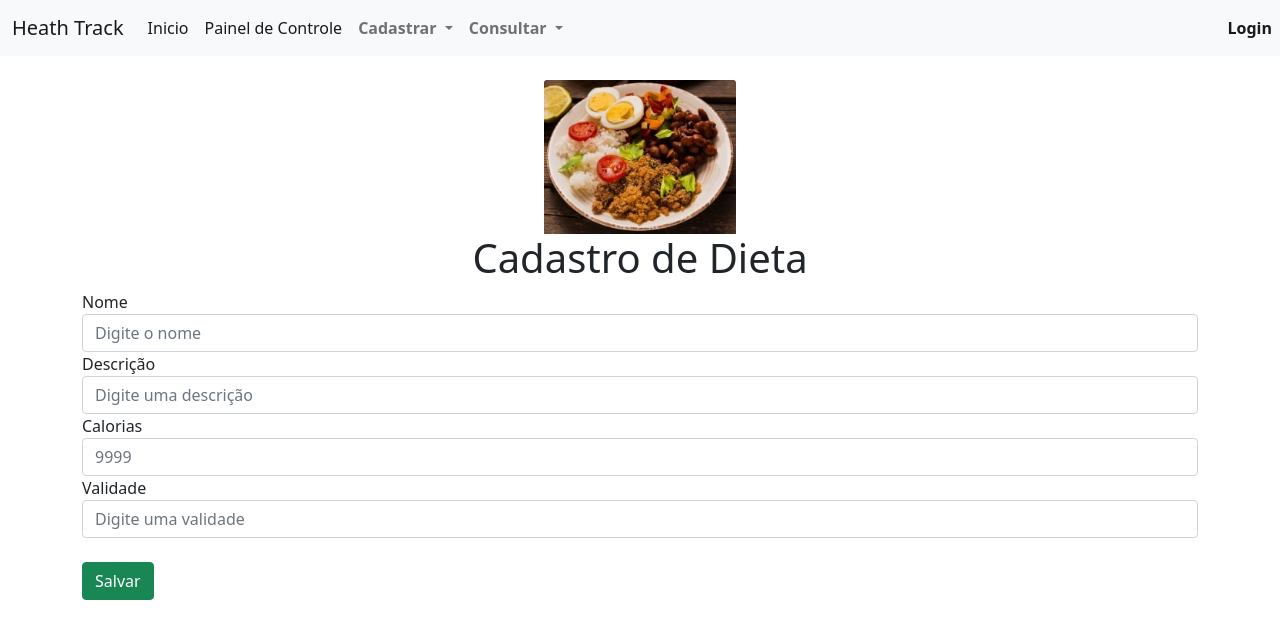
Repository: FellipySantos/HealthTrack_Finalizado
Page: http://localhost/JSPs/cadastro-dieta.jsp
These files come from the project's save history. The page is drawn as it stood at one moment and after the next save; the edit follows.
The browser window is 1280 px wide. The pictures show the whole page.
The page is served by Tomcat 9.

Above is the page before, as saved 2021-11-22 23:49:26.

After the next save:
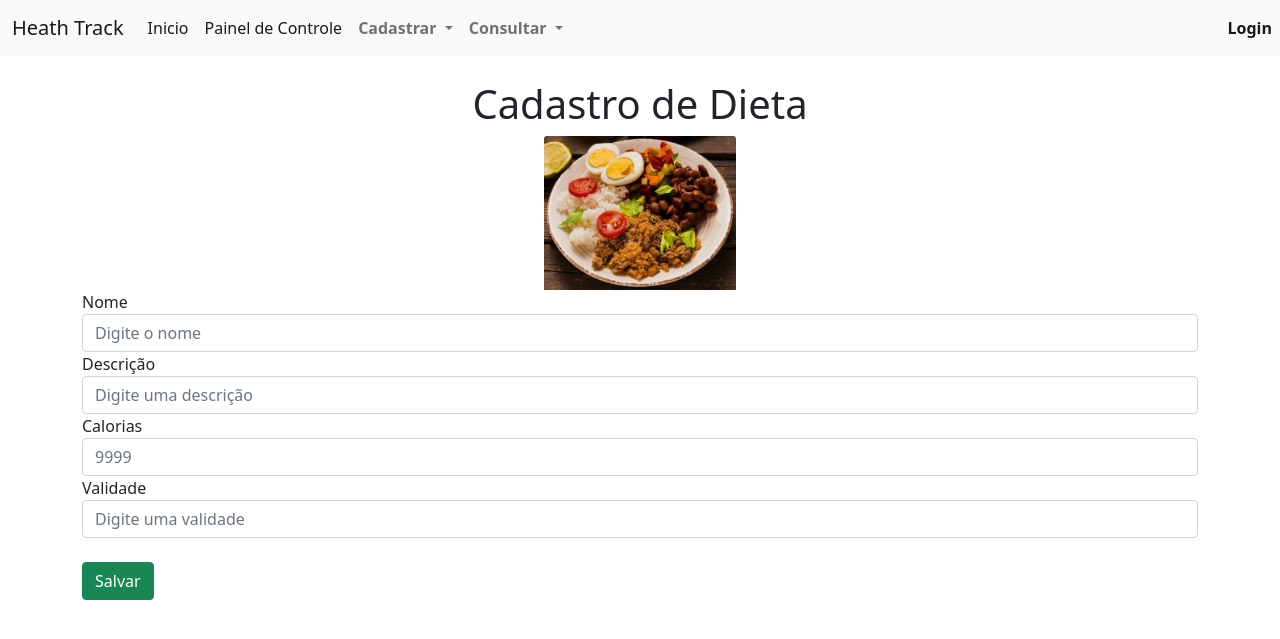
Saved 23 s later.
--- a/JSP/JSPs/WebContent/cadastro-dieta.jsp
+++ b/JSP/JSPs/WebContent/cadastro-dieta.jsp
@@ -12,8 +12,9 @@
 <%@ include file="menu.jsp" %>
 <div class="container">
 <br>
+	<h1><center>Cadastro de Dieta</center></h1>
 <center> <img src="resources/img/card_imagem_1.jpg" class="card-img-top" alt="..."  style="width: 12rem;"></center>
-	<h1><center>Cadastro de Dieta</center></h1>
+
 	<c:if test="${not empty msg }">
 		<div class="alert alert-success">${msg}</div>
 	</c:if>
